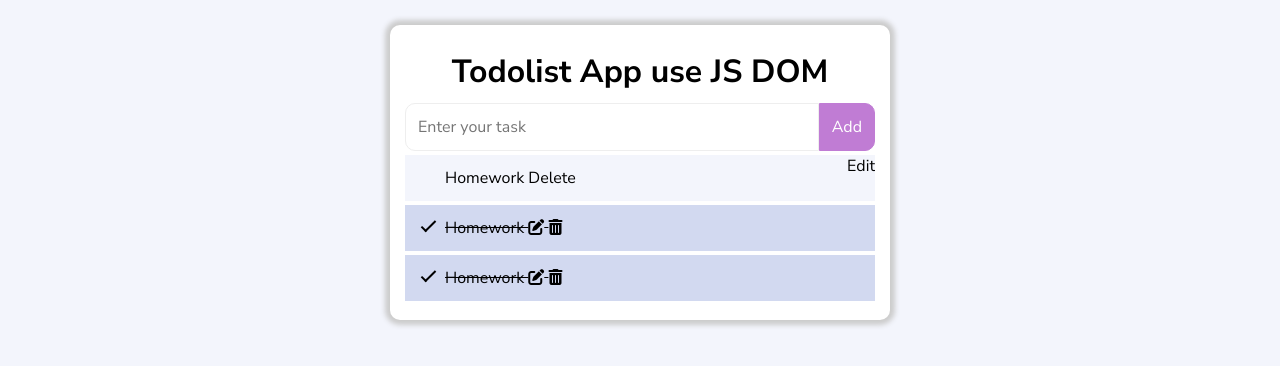
Repository: anhquan74-dev/todolist_app
Page: index.html
An editor plug-in stored every save of this project. The page is shown before and after the next save, followed by the edit.
The browser window is 1280 px wide. The pictures show the whole page.
Some web libraries are served in a nearby version.

Above is the page before, as saved 2022-07-21 16:25:21.

After the next save:
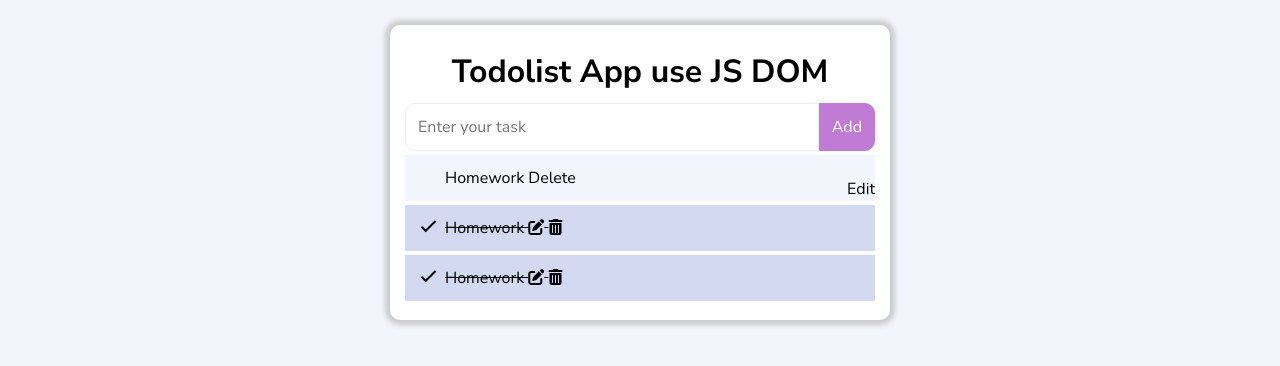
Saved 4 s later.
--- a/style.css
+++ b/style.css
@@ -79,7 +79,7 @@ h1 {
     /* display: block; */
     /* background-color: #fa383e; */
     position: absolute;
-    top: 0;
+    top: 50%;
     right: 0;
 }
 
